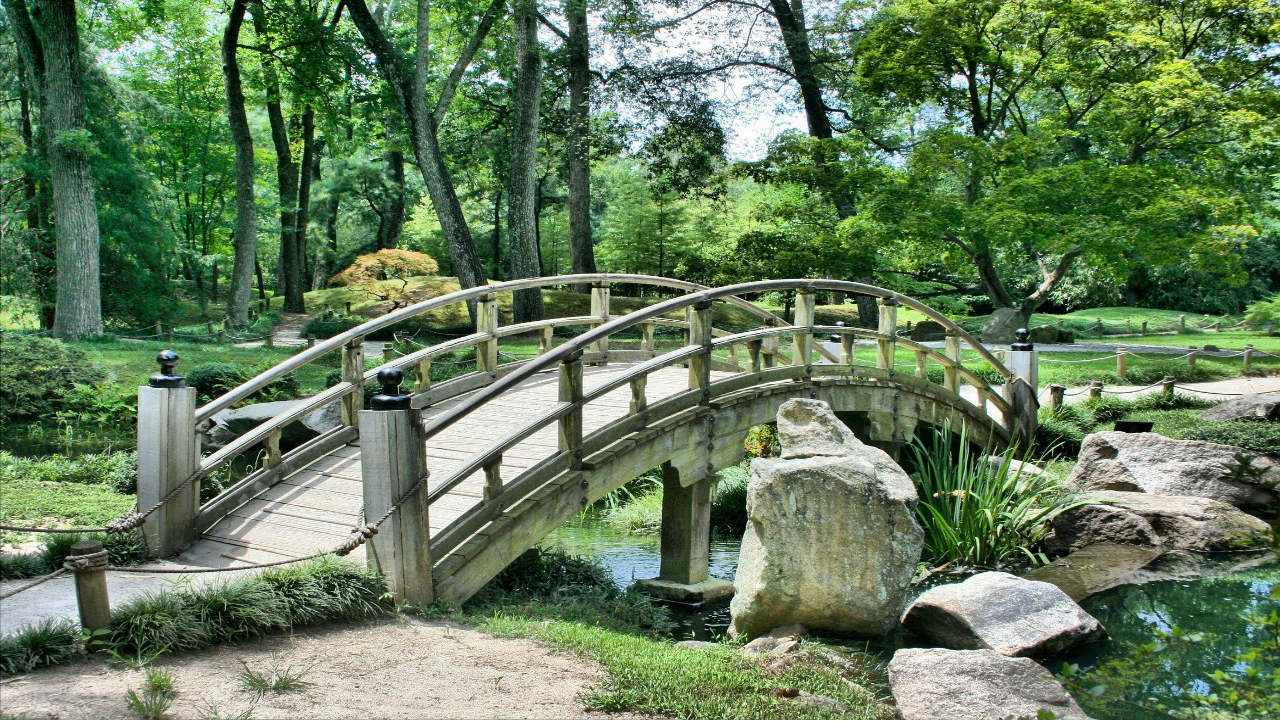
Repository: PatryxB/garden
Page: http://localhost/
These files come from the project's save history. The page is drawn as it stood at one moment and after the next save; the edit follows.
The browser window is 1280 px wide. The pictures show the whole page.
The page is served by the project's Laravel application, run on PHP 8.4 with Laravel 8. Other server files are loaded and not shown. Style sheets and scripts are compiled from the project's sources, by tool versions that may differ from the author's.

Above is the page before, as saved 2020-05-01 20:50:22.

### resources/views/welcome.blade.php
<!DOCTYPE html>
<html lang="{{ str_replace('_', '-', app()->getLocale()) }}">
    <head>
        <meta charset="utf-8">
        <meta name="viewport" content="width=device-width, initial-scale=1">

        <title>Garden</title>

        <!-- Fonts -->
        <link href="https://fonts.googleapis.com/css?family=Nunito:200,600" rel="stylesheet">
        <link rel="stylesheet" href="/css/app.css">

    <body>
        <div class="banner">
            <img src="{{url('/img/gardenbanner.jpg')}}" alt="">
        </div>
    </body>
</html>

### resources/sass/app.scss
html, body{
    box-sizing: border-box;
    margin: 0;
    padding: 0;
}
.banner img{
    width: 100%;
    height: 100vh;
    position: relative;
}

Loaded but not shown: routes/web.php (common file)

After the next save:
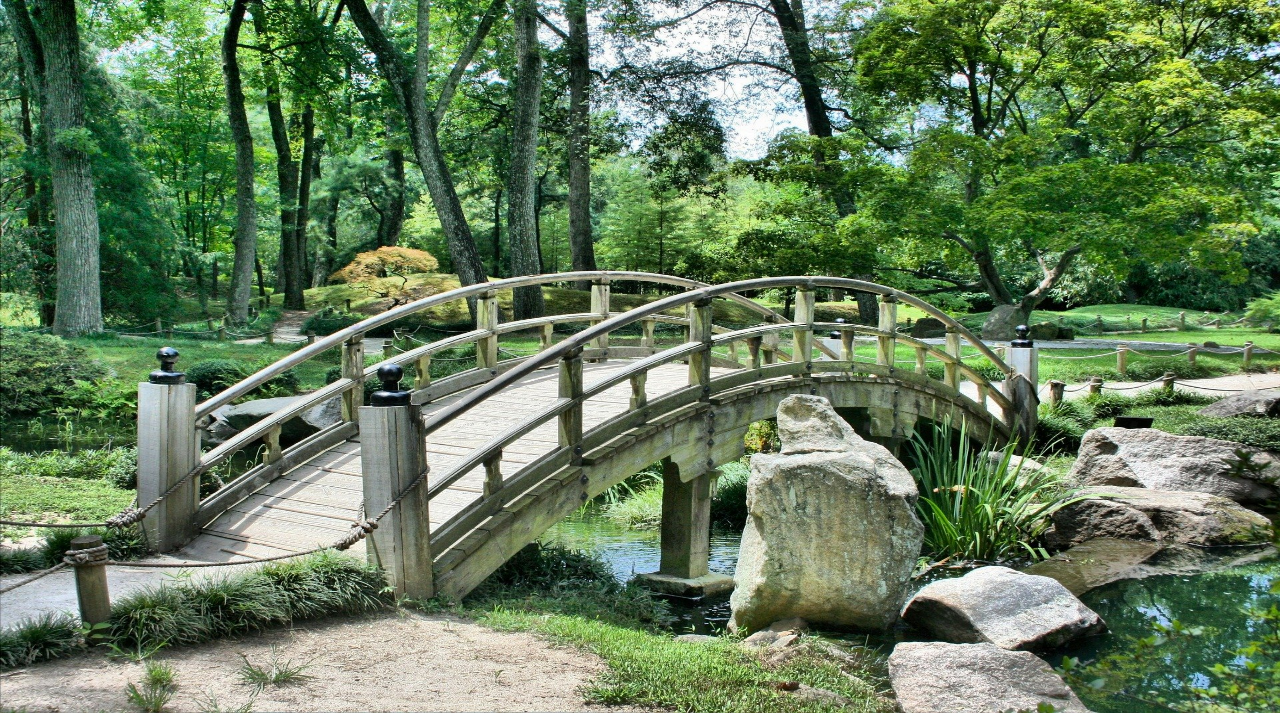
Saved 35 s later.
--- a/resources/sass/app.scss
+++ b/resources/sass/app.scss
@@ -5,6 +5,6 @@ html, body{
 }
 .banner img{
     width: 100%;
-    height: 100vh;
+    height: 99vh;
     position: relative;
 }
